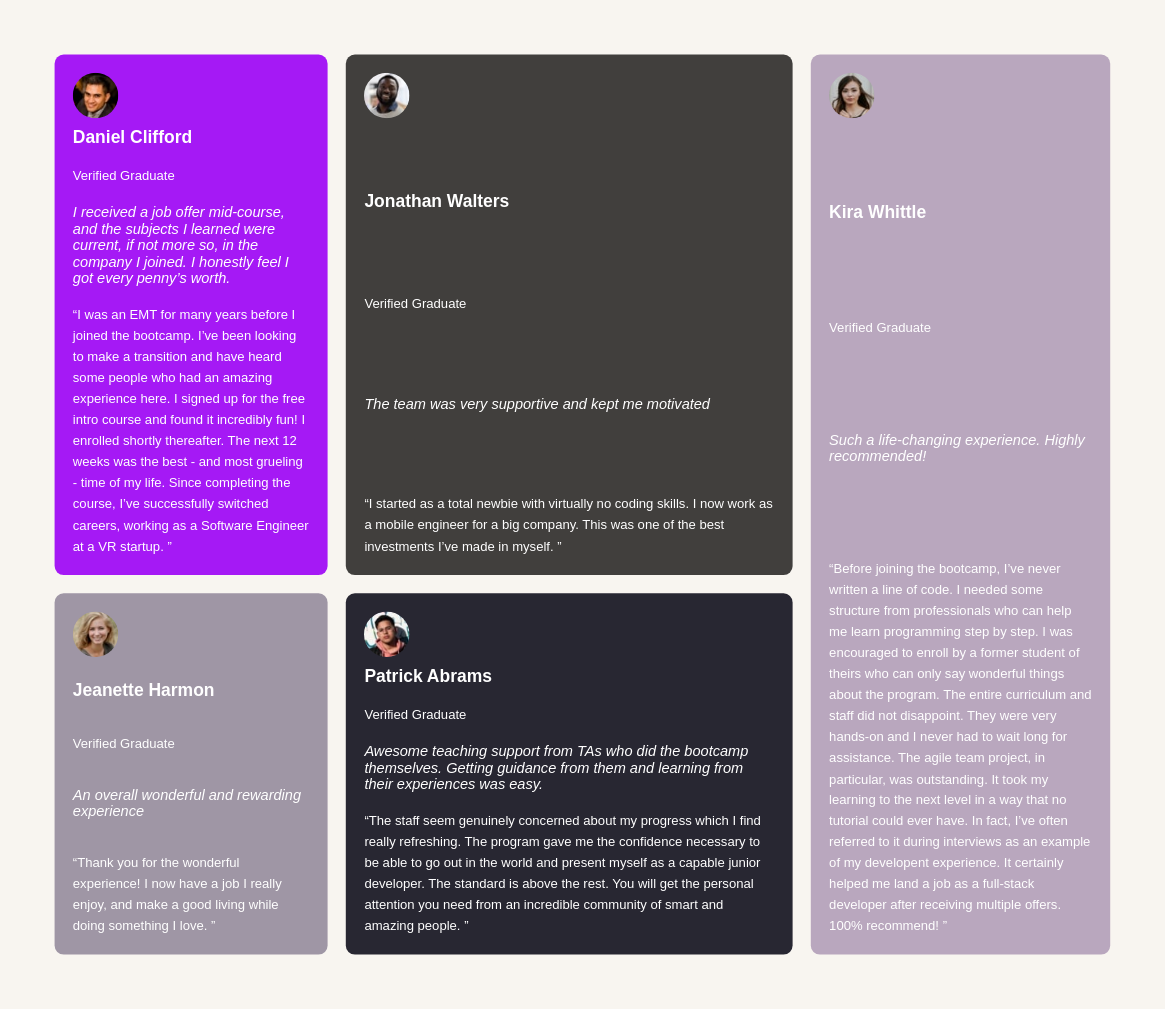
Repository: MagedElRefaey/Grid-Project
Page: Task.html
An editor plug-in stored every save of this project. The page is shown before and after the next save, followed by the edit.
The browser window is 1280 px wide. The pictures show the whole page, at 91% of full size.

Above is the page before, as saved 2024-09-13 23:12:20.

### Task.html
<!DOCTYPE html>
<html lang="en">
<head>
    <link rel ="stylesheet" href="./Style.css">
    <meta charset="UTF-8">
    <meta name="viewport" content="width=device-width, initial-scale=1.0">
    <title>Document</title>
</head>
<body>
    <div class="Container">
        <div class="Card David"> <img src = "images/image-daniel.jpg">

            <h3>Daniel Clifford</h3>
            <p>Verified Graduate</p>
            <blockquote>
            I received a job offer mid-course, and the subjects I learned were current, if not more so,
            in the company I joined. I honestly feel I got every penny’s worth.</blockquote>

            <p>“I was an EMT for many years before I joined the bootcamp. I’ve been looking to make a
            transition and have heard some people who had an amazing experience here. I signed up
            for the free intro course and found it incredibly fun! I enrolled shortly thereafter.
            The next 12 weeks was the best - and most grueling - time of my life. Since completing
            the course, I’ve successfully switched careers, working as a Software Engineer at a VR startup. ”</p></div>
        <div class="Card Jonathan"><img src = "images/image-jonathan.jpg">
            <h3>Jonathan Walters</h3>
            <p>Verified Graduate</p>

            <blockquote>The team was very supportive and kept me motivated</blockquote>

            <p>“I started as a total newbie with virtually no coding skills. I now work as a mobile engineer
            for a big company. This was one of the best investments I’ve made in myself. ”</p></div>
        <div class="Card Jeanette"> <img src = "images/image-jeanette.jpg">
            <h3>Jeanette Harmon</h3>
            <p>Verified Graduate</p>

            <blockquote>An overall wonderful and rewarding experience</blockquote>

            <p>“Thank you for the wonderful experience! I now have a job I really enjoy, and make a good living
            while doing something I love. ” </p> </div>

        <div class="Card Patrick"><img src="images/image-patrick.jpg">
            <h3>Patrick Abrams</h3>
            <p>Verified Graduate</p>

            <blockquote>Awesome teaching support from TAs who did the bootcamp themselves. Getting guidance from them and
            learning from their experiences was easy.</blockquote>

            <p>“The staff seem genuinely concerned about my progress which I find really refreshing. The program
            gave me the confidence necessary to be able to go out in the world and present myself as a capable
            junior developer. The standard is above the rest. You will get the personal attention you need from
            an incredible community of smart and amazing people. ”</p>
           </div>
        <div class="Card Kira"><img src="images/image-kira.jpg">
            <h3>Kira Whittle</h3>
            <p>Verified Graduate</p>

            <blockquote>Such a life-changing experience. Highly recommended!</blockquote>

            <p>“Before joining the bootcamp, I’ve never written a line of code. I needed some structure from
            professionals who can help me learn programming step by step. I was encouraged to enroll by a former
            student of theirs who can only say wonderful things about the program. The entire curriculum and staff
            did not disappoint. They were very hands-on and I never had to wait long for assistance. The agile team
            project, in particular, was outstanding. It took my learning to the next level in a way that no tutorial
            could ever have. In fact, I’ve often referred to it during interviews as an example of my developent
            experience. It certainly helped me land a job as a full-stack developer after receiving multiple offers.
            100% recommend! ”</p> </div>
    </div>
</body>
</html>

### Style.css
*{
    margin:0;
    padding: 0;
    box-sizing: border-box;
    font-family: Arial, sans-serif;
}
body{
    background-color: rgb(248, 245, 240);
    padding: 20px;
}
.Container {
    padding: 40px;
    display: grid;
    grid-template-columns: repeat(4,1fr);
    grid-template-columns: auto auto;
    grid-template-areas: "David  Jonathan Jonathan Kira"
                        "Jeanette Patrick Patrick Kira";
    gap: 20px;
}
.Card{
    width: 100%;


    padding: 20px;
    border-radius: 10px;
    color: white;
    display: flex;
    flex-direction: column;
    justify-content: space-between;
    align-items: start;

    gap: 10px;
}
.Card img{
    width: 50px;
    height: 50px;
    border-radius: 50%;
    object-fit: cover;

}
.David{
    grid-area:David;
    /* height: 100%;
    width: 100%;
    border: 3px solid black; */
    /* padding: 20px 0; */
    background-color: #9c00f7e5;
}
.Jonathan{
    grid-area:Jonathan;
    /* height: 100%;
    width: 100%;
    border: 3px solid black; */
    /* padding: 20px 0; */
    background-color: #1d1c1bd5;
}
.Jeanette{
    grid-area:Jeanette;
    /* height: 100%;
    width: 100%;
    border: 3px solid black; */
    /* padding: 20px 0; */
    background-color: #968c9ee5;
}
.Patrick{
    grid-area:Patrick;
    /* height: 100%;
    width: 100%;
    border: 3px solid black; */
    /* padding: 20px 0; */
    background-color: #11101de5;
}
.Kira{
    grid-area:Kira;
    /* height: 100%;
    width: 100%;
    border: 3px solid black; */
    /* padding: 20px 0; */
    background-color: #b39fb9e5;
}
h3{
    margin-bottom: 10px;
    font-size: 1.2rem;
}
p{
    font-size: 0.9rem;
    line-height: 1.6;

}
blockquote {
font-style: italic;
color: white;
margin: 10px 0;
}

@media  (max-width:780px){
    .Container{
        grid-template-columns: repeat(2,1fr);
    }
}

After the next save:
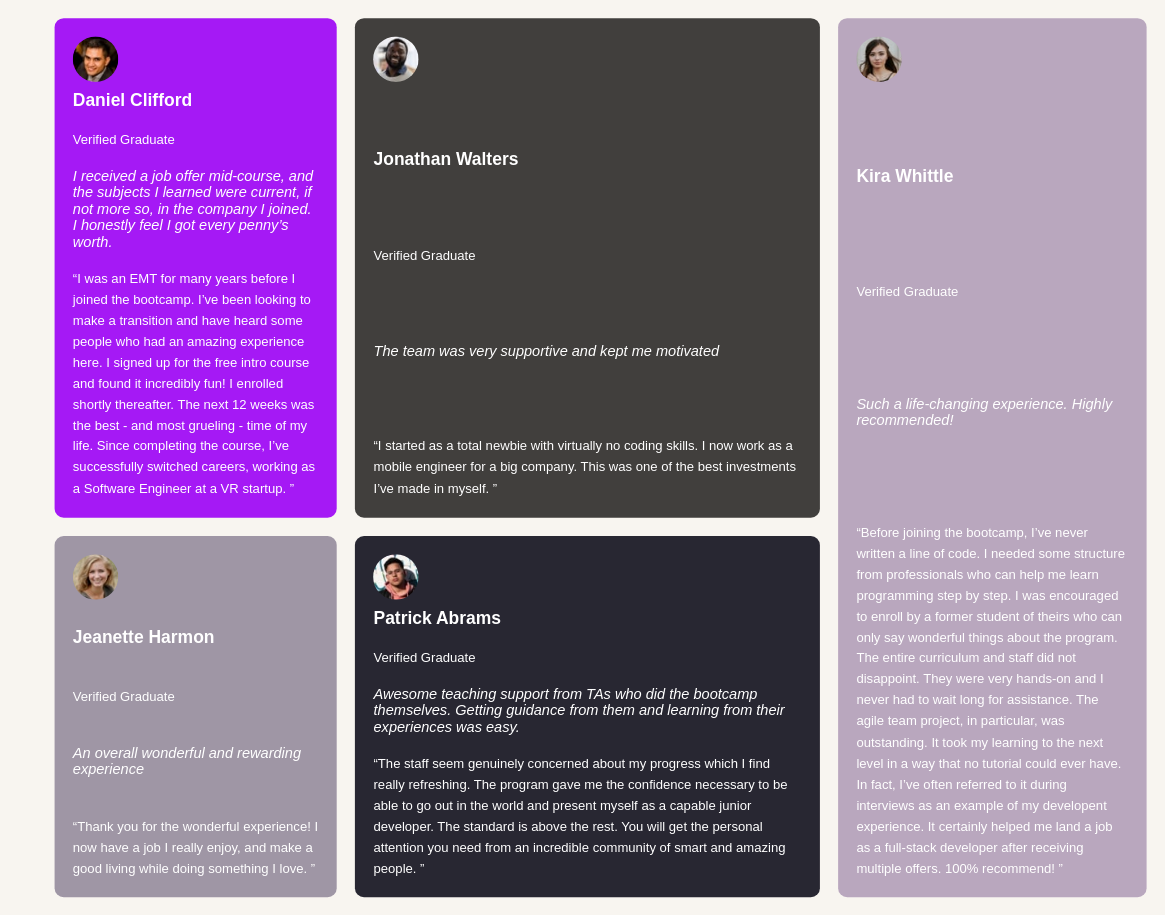
Saved 10 s later.
--- a/Style.css
+++ b/Style.css
@@ -9,7 +9,7 @@
     padding: 20px;
 }
 .Container {
-    padding: 40px;
+    padding-left: 40px;
     display: grid;
     grid-template-columns: repeat(4,1fr);
     grid-template-columns: auto auto;

After the save that followed:
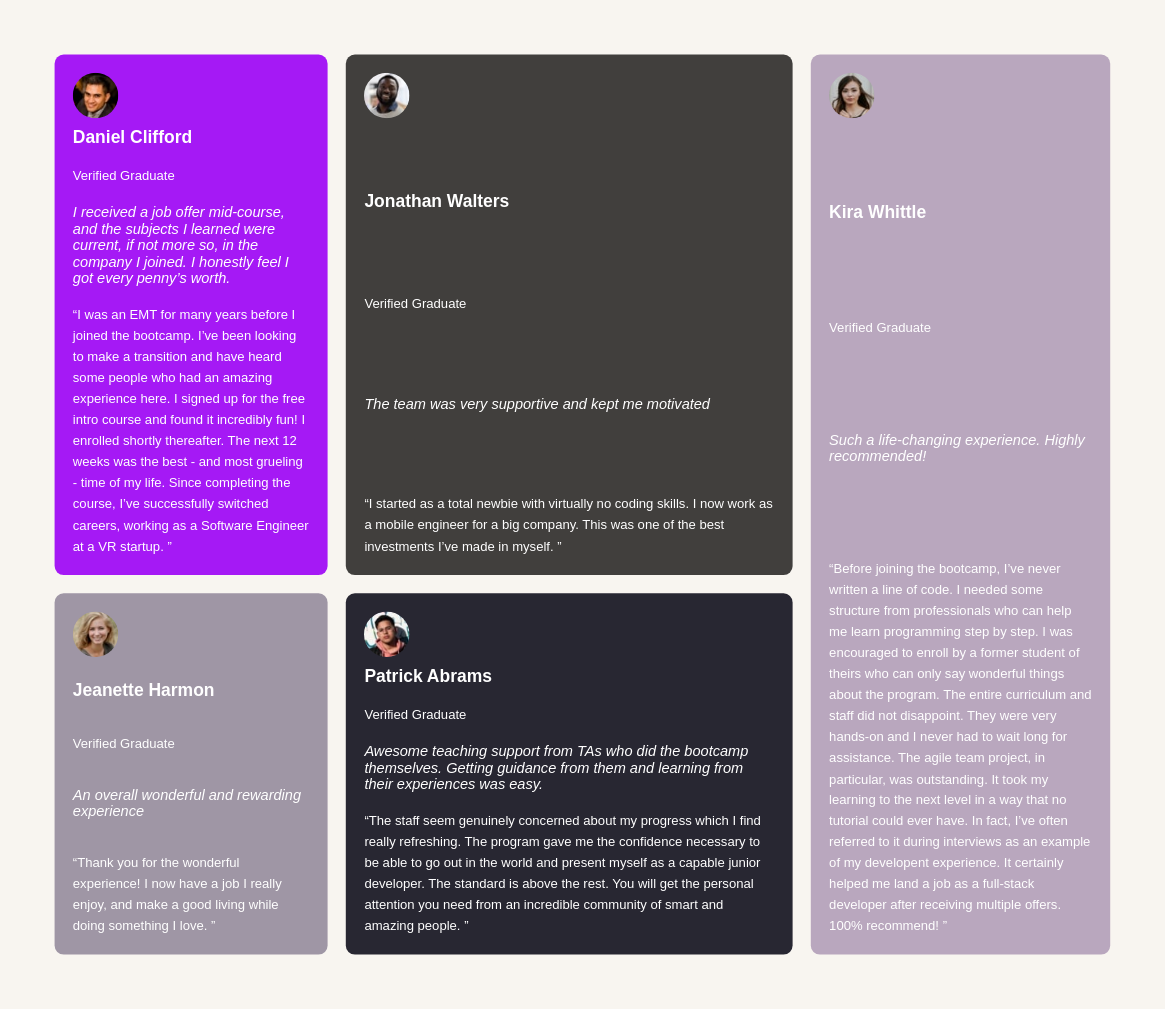
Saved 8 s later.
--- a/Style.css
+++ b/Style.css
@@ -9,7 +9,7 @@
     padding: 20px;
 }
 .Container {
-    padding-left: 40px;
+    padding: 40px;
     display: grid;
     grid-template-columns: repeat(4,1fr);
     grid-template-columns: auto auto;
